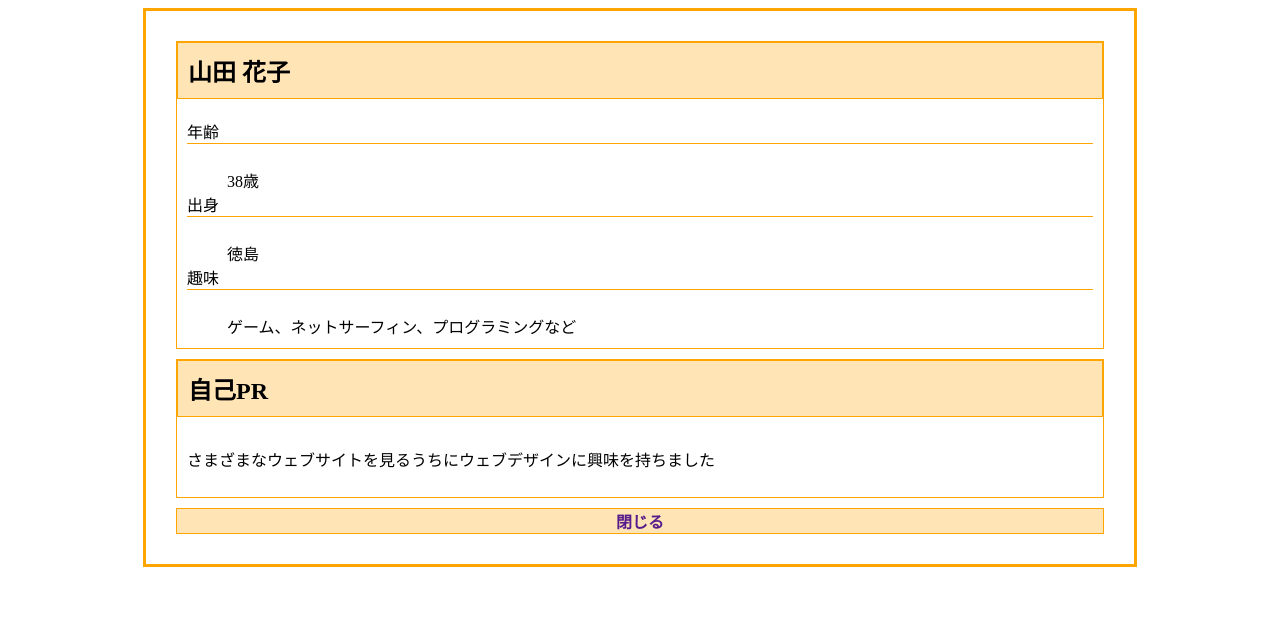
Repository: tomimaler/dc_work_tamachi_inagaki_html
Page: practice_box/practice_box.html
The author's editor kept a record of every edit. The page is drawn from the files as they stood at one moment, then again after the next edit.
The browser window is 1280 px wide. The pictures show the whole page.

Above is the page before.

### practice_box/practice_box.html
<!DOCTYPE html>
<html lang="ja">
<head>
   <meta charset="UTF-8">
   <title>4章実習</title>
   <link rel="stylesheet" href="practice_box.css">
</head>
<body>
   <div class="container">
    <div class="status">
     <h2>山田 花子</h2>
     <dl>
         <dt>年齢</dt>
         　   <dd>38歳</dd>
         <dt>出身</dt>
         　  <dd>徳島</dd>
         <dt>趣味</dt>
         　   <dd>ゲーム、ネットサーフィン、プログラミングなど</dd>
     </dl>
    </div>
    <div class="promotion">
        <h2>自己PR</h2>
        <p>さまざまなウェブサイトを見るうちにウェブデザインに興味を持ちました</p>
    </div>
    <a href="">閉じる</a>
   </div>
</body>
</html>

### practice_box/practice_box.css
.container {
    width:75%;
    border:solid 3px orange;
    margin:0 auto;
    padding:20px;

}

.status {
    border:solid 1px orange;
    margin:10px;
}

.promotion {
    border:solid 1px orange;
    margin:10px;
}

dt {
    border-bottom:solid 1px orange;
    margin-bottom:0;
}

h2 {
    border:solid 1px orange;
    background-color:Moccasin;
    text-align:left;
    margin-top:0;
    padding:10px;
}

dl {
    list-style:none;
    margin:10px;
}

dd {
    padding-top:0;
}

p {
    padding:10px;
}

a {
    text-align:center;
    text-decoration:none;
    font-weight:bold;
    display:block;
    background-color:Moccasin;
    border:solid 1px orange;
    margin:10px;
}

After the next edit:
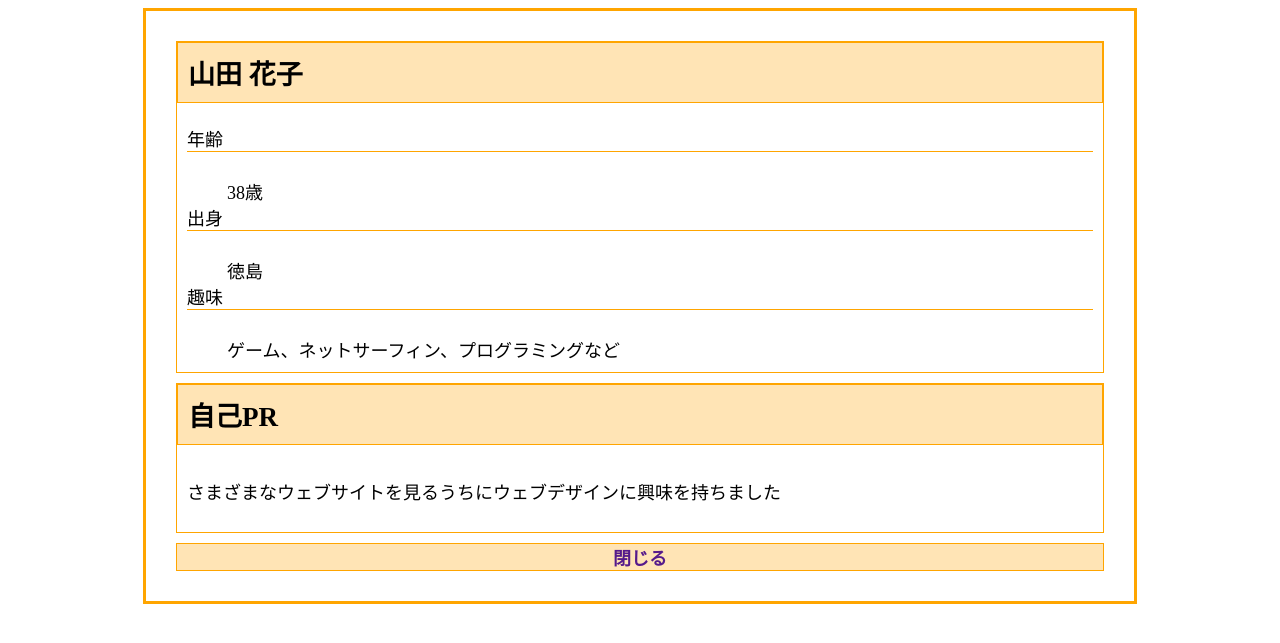
The edit:
--- a/practice_box/practice_box.css
+++ b/practice_box/practice_box.css
@@ -3,7 +3,7 @@
     border:solid 3px orange;
     margin:0 auto;
     padding:20px;
-
+   font-size:18px;
 }
 
 .status {
